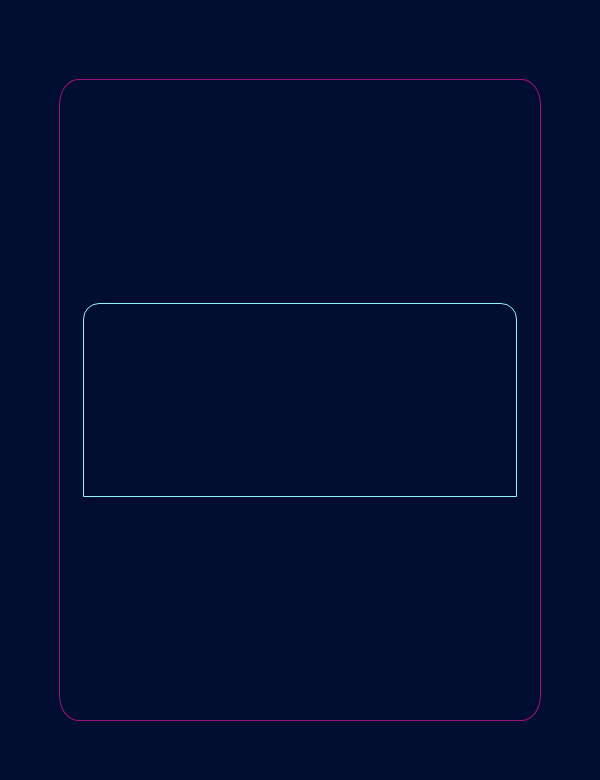
Repository: 2001mariana/Calculator_react
Page: /
An editor plug-in stored every save of this project. The page is shown before and after the next save, followed by the edit.
The browser window is 600 px wide. The pictures show the whole page.
The project was rebuilt for these pictures with package versions that can differ from the ones it lists, and the page was loaded fresh each time.

Above is the page before, as saved 2023-02-06 17:34:22.

After the next save:
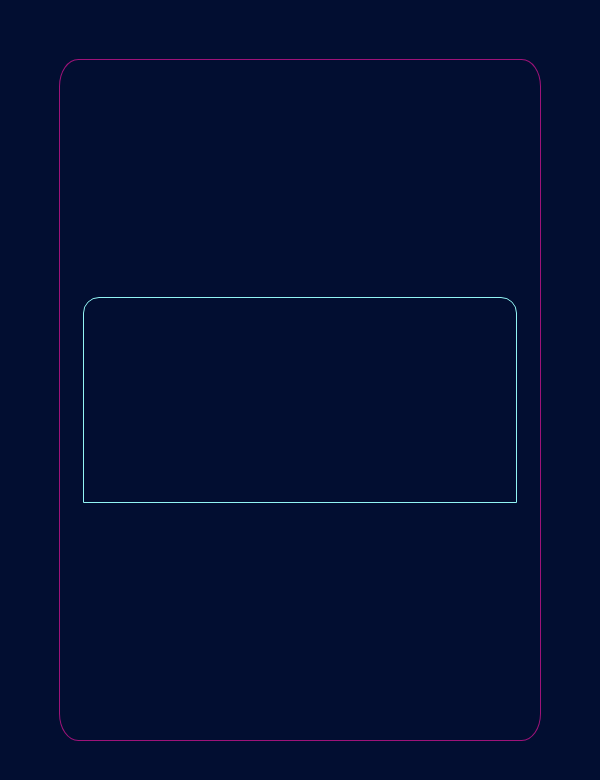
Saved 31 s later.
--- a/src/App.css
+++ b/src/App.css
@@ -61,7 +61,7 @@
 @media (max-width: 680px) {
   .Calculator__body {
     width: 80vw;
-    height: 80vh;
+    height: 85vh;
   }
 }
 
